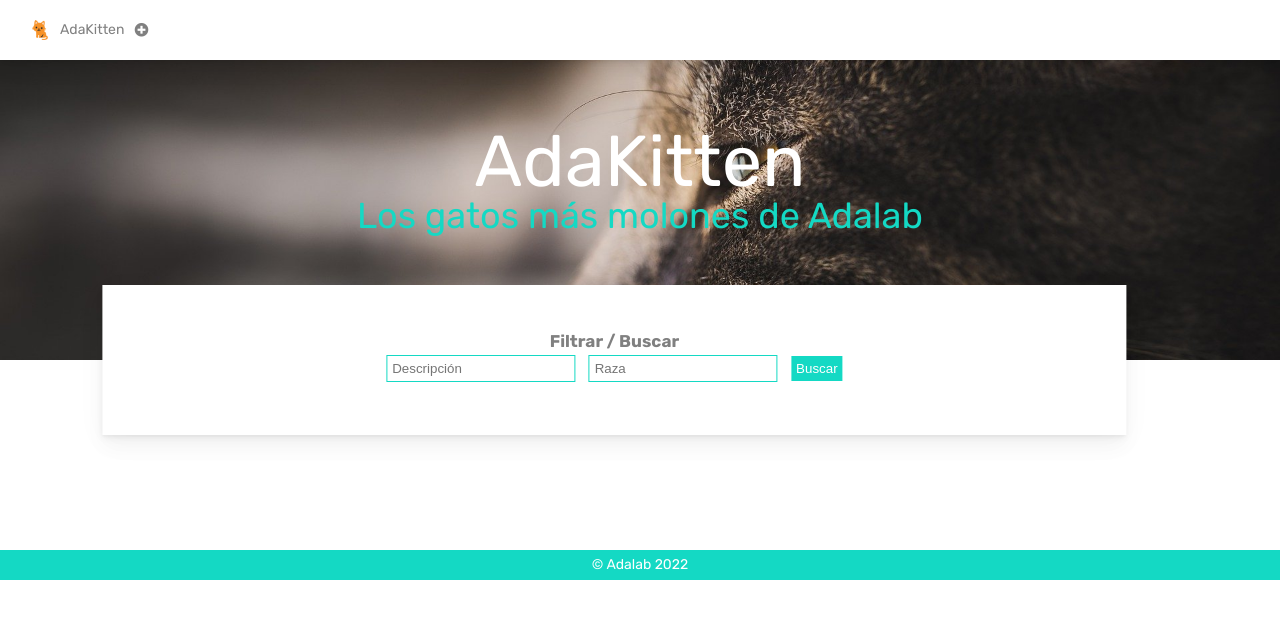
Repository: Adalab/promo-s-module-2-pair-7-sprint-1-ada-kitten
Page: index.html
An editor plug-in stored every save of this project. The page is shown before and after the next save, followed by the edit.
The browser window is 1280 px wide. The pictures show the whole page.
Some web libraries are served in a nearby version.

Above is the page before, as saved 2023-02-09 10:55:58.
Console error: TypeError: Cannot read properties of null (reading 'addEventListener')

After the next save:
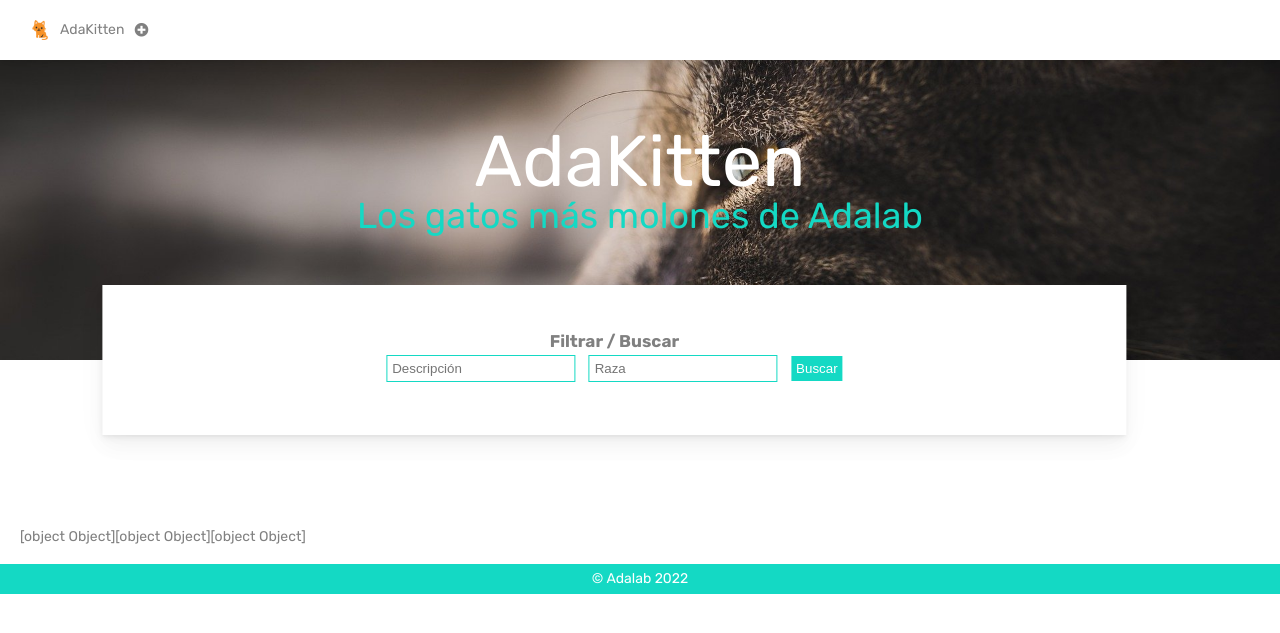
Saved 65 s later.
--- a/js/script.js
+++ b/js/script.js
@@ -128,8 +128,48 @@ if(kittenThree.includes (descSearchText)) {
 
 const buttonSearch = document.querySelector(".js-button-search");
 
-
-
+const kittenData_1 = {
+  image: 'https://dev.adalab.es/gato-siames.webp',
+  name: 'Anastacio',
+  desc: ' Porte elegante, su patrón de color tan característico y sus ojos de un azul intenso, pero su historia se remonta a Asía al menos hace 500 años, donde tuvo su origen muy posiblemente.',
+  race: 'Siamés',
+};
+
+
+const kittenData_2 = {
+  image: 'https://dev.adalab.es/sphynx-gato.webp',
+  name: 'Fiona',
+  desc: 'Produce fascinación y curiosidad. Exótico, raro, bello, extraño... hasta con pinta de alienígena han llegado a definir a esta raza gatuna que se caracteriza por la «ausencia» de pelo.',
+  race: 'Sphynx',
+};
+
+const kittenData_3 = {
+  image: 'https://dev.adalab.es/maine-coon-cat.webp',
+  name: 'Cielo',
+  desc: 'Tienen la cabeza cuadrada y los ojos simétricos, por lo que su bella mirada se ha convertido en una de sus señas de identidad. Sus ojos son grandes y las orejas resultan largas y en punta.',
+  race: 'Maine Coon',
+};
+
+const filterKitten = (event) => {
+event.preventDefault();
+const input_search_desc = document.querySelector(".js_in_search_desc");
+const descSearchText = input_search_desc.value;
+dataList.innerHTML="";
+  if (kittenData_1.desc.includes(descSearchText)) {
+    dataList.innerHTML += kittenData_1;
+    console.log("hola");
+  }
+  if (kittenData_2.desc.includes(descSearchText)) {
+    dataList.innerHTML += kittenData_2;
+  }
+  if (kittenData_3.desc.includes(descSearchText)) {
+    dataList.innerHTML += kittenData_3;
+  }
+};
+
+dataList.innerHTML += kittenData_1;
+dataList.innerHTML += kittenData_2;
+dataList.innerHTML += kittenData_3;
 
 buttonSearch.addEventListener('click', filterKitten);
 
@@ -176,48 +216,8 @@ const inputRace = document.querySelector('.js-input-race');
 const labelMessageError = document.querySelector('.js-label-error');
 
 
-const kittenData_1 = {
-  image: 'https://dev.adalab.es/gato-siames.webp',
-  name: 'Anastacio',
-  desc: ' Porte elegante, su patrón de color tan característico y sus ojos de un azul intenso, pero su historia se remonta a Asía al menos hace 500 años, donde tuvo su origen muy posiblemente.',
-  race: 'Siamés',
-};
-
-
-const kittenData_2 = {
-  image: 'https://dev.adalab.es/sphynx-gato.webp',
-  name: 'Fiona',
-  desc: 'Produce fascinación y curiosidad. Exótico, raro, bello, extraño... hasta con pinta de alienígena han llegado a definir a esta raza gatuna que se caracteriza por la «ausencia» de pelo.',
-  race: 'Sphynx',
-};
-
-const kittenData_3 = {
-  image: 'https://dev.adalab.es/maine-coon-cat.webp',
-  name: 'Cielo',
-  desc: 'Tienen la cabeza cuadrada y los ojos simétricos, por lo que su bella mirada se ha convertido en una de sus señas de identidad. Sus ojos son grandes y las orejas resultan largas y en punta.',
-  race: 'Maine Coon',
-};
-
-const filterKitten = (event) => {
-  event.preventDefault();
-  const input_search_desc = document.querySelector(".js_in_search_desc");
-  const descSearchText = input_search_desc.value;
-  dataList.innerHTML="";
-    if (kittenData_1.desc.includes(descSearchText)) {
-      dataList.innerHTML += kittenData_1;
-      console.log("hola");
-    }
-    if (kittenData_2.desc.includes(descSearchText)) {
-      dataList.innerHTML += kittenData_2;
-    }
-    if (kittenData_3.desc.includes(descSearchText)) {
-      dataList.innerHTML += kittenData_3;
-    }
-  };
-
-  dataList.innerHTML += kittenData_1;
-  dataList.innerHTML += kittenData_2;
-  dataList.innerHTML += kittenData_3;
+
+
 
 function renderKitten(kittenData_1) {
   const kittenNew = `<li class="card">
